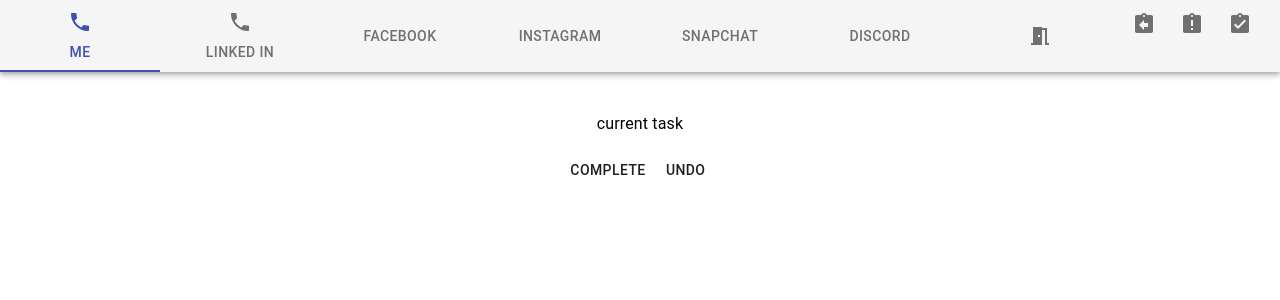
Repository: hossamsulleman1/CONTACTME
Page: / (app in my-app/)
An editor plug-in stored every save of this project. The page is shown before and after a run of saves, followed by the edit.
The browser window is 1280 px wide. The pictures show the whole page.
The project was rebuilt for these pictures with package versions that can differ from the ones it lists, and the page was loaded fresh each time. Also part of the build but not shown: my-app/src/Components/PageProp.jsx, my-app/src/Components/ProfileFolder/FriendsAvatarList.jsx, my-app/src/Components/ProfileFolder/Content.jsx.

Above is the page before, as saved 2020-11-08 11:27:25.

After the next 2 saves:
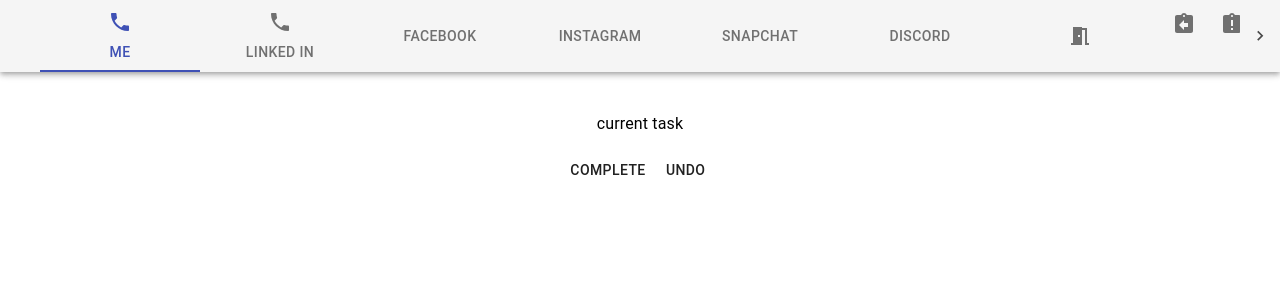
The 2 saves are shown as one change because they came seconds apart.
The last was saved 12 s later.
--- a/my-app/src/Components/IconNav.jsx
+++ b/my-app/src/Components/IconNav.jsx
@@ -18,7 +18,7 @@ import Preview from "./Preview";
 import FormatListNumberedIcon from "@material-ui/icons/FormatListNumbered";
 import AssignmentTurnedInIcon from "@material-ui/icons/AssignmentTurnedIn";
 import AssignmentReturnIcon from "@material-ui/icons/AssignmentReturn";
-import AssignmentLateIcon from '@material-ui/icons/AssignmentLate';
+import AssignmentLateIcon from "@material-ui/icons/AssignmentLate";
 
 function TabPanel(props) {
   const { children, value, index, ...other } = props;
@@ -81,7 +81,6 @@ export default function IconNav() {
           scrollButtons="auto"
           aria-label="scrollable auto tabs example"
         >
-
           {/* <div className="floatRight">
             <IconButton
               aria-label="delete"
@@ -104,7 +103,7 @@ export default function IconNav() {
                 aria-label="delete"
                 href="https://semptiareact.web.app/"
               >
-                <AssignmentReturnIcon/>
+                <AssignmentReturnIcon />
                 {/* GOES TO SEMPTIA TASK TRACKING PAGE  */}
               </IconButton>
             </div>
@@ -113,7 +112,7 @@ export default function IconNav() {
                 aria-label="delete"
                 href="https://semptiareact.web.app/"
               >
-                <AssignmentLateIcon/>
+                <AssignmentLateIcon />
                 {/* GOES TO SEMPTIA TASK TRACKING PAGE  */}
               </IconButton>
             </div>
@@ -122,7 +121,25 @@ export default function IconNav() {
                 aria-label="delete"
                 href="https://semptiareact.web.app/"
               >
-                <AssignmentTurnedInIcon/>
+                <AssignmentTurnedInIcon />
+                {/* GOES TO SEMPTIA TASK TRACKING PAGE  */}
+              </IconButton>
+            </div>
+
+            <div className="floatRight">
+              <IconButton
+                aria-label="delete"
+                href="https://semptiareact.web.app/"
+              >
+                <HomeWorkIcon></HomeWorkIcon>
+              </IconButton>
+            </div>
+            <div className="floatRight">
+              <IconButton
+                aria-label="delete"
+                href="https://semptiareact.web.app/"
+              >
+                <FormatListNumberedIcon></FormatListNumberedIcon>
                 {/* GOES TO SEMPTIA TASK TRACKING PAGE  */}
               </IconButton>
             </div>
